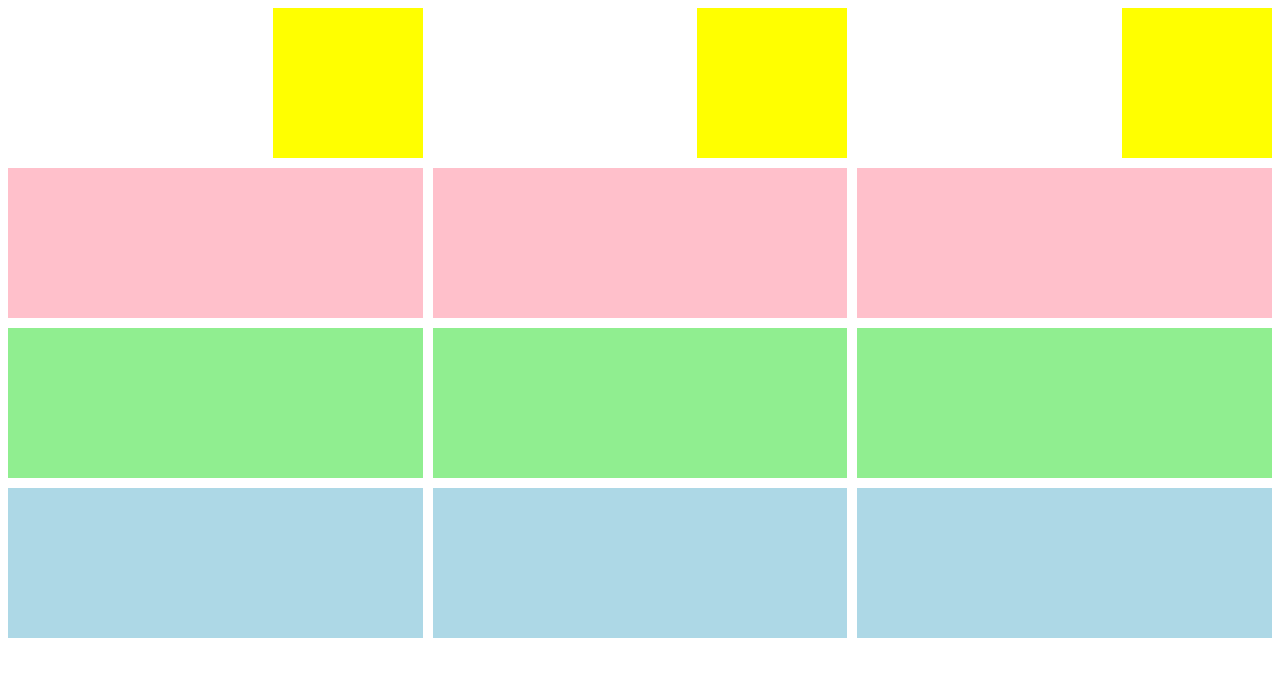
Repository: Yevhen94/nixhw
Page: fourth-lesson/index.html
The author's editor kept a copy of each file at every save. The page is drawn from the files as they stood at one save, then again after the next save.
The browser window is 1280 px wide. The pictures show the whole page.

Above is the page before, as saved 2022-02-08 13:53:31.

After the next save:
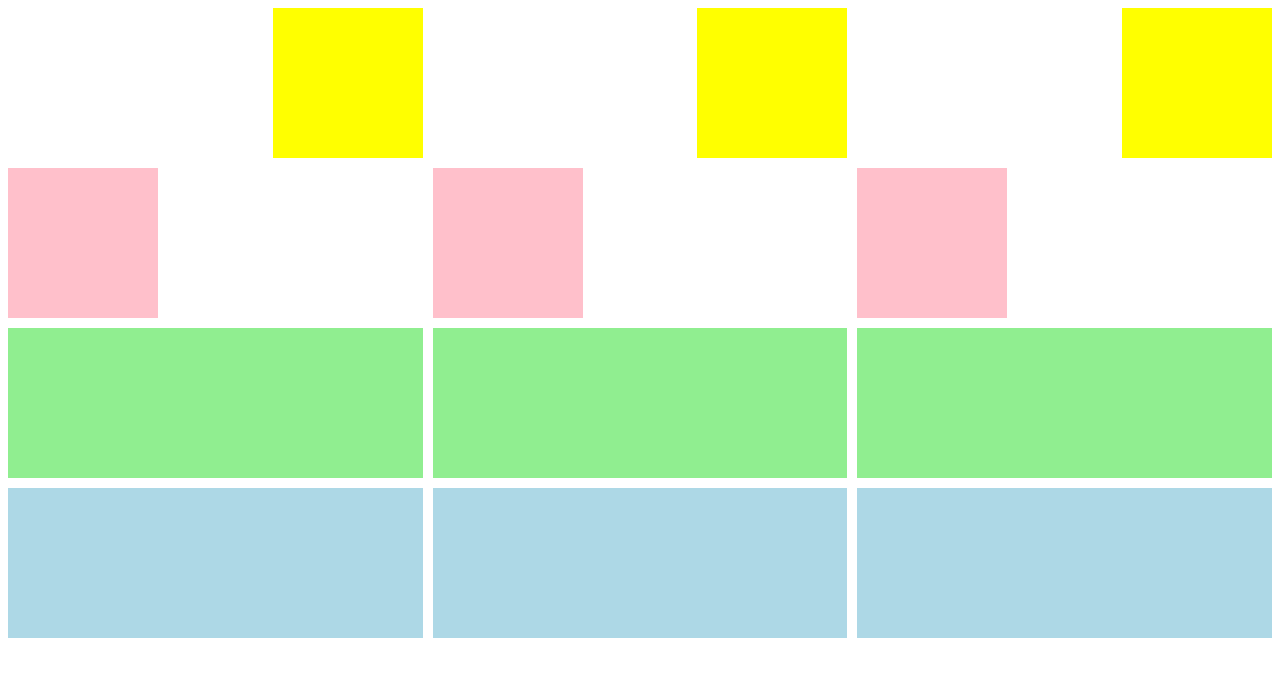
Saved 22 s later.
--- a/fourth-lesson/styles/index.css
+++ b/fourth-lesson/styles/index.css
@@ -17,6 +17,7 @@
 
 .block--pink {
   background-color: pink;
+  justify-self: start;
 }
 
 .block--green {
